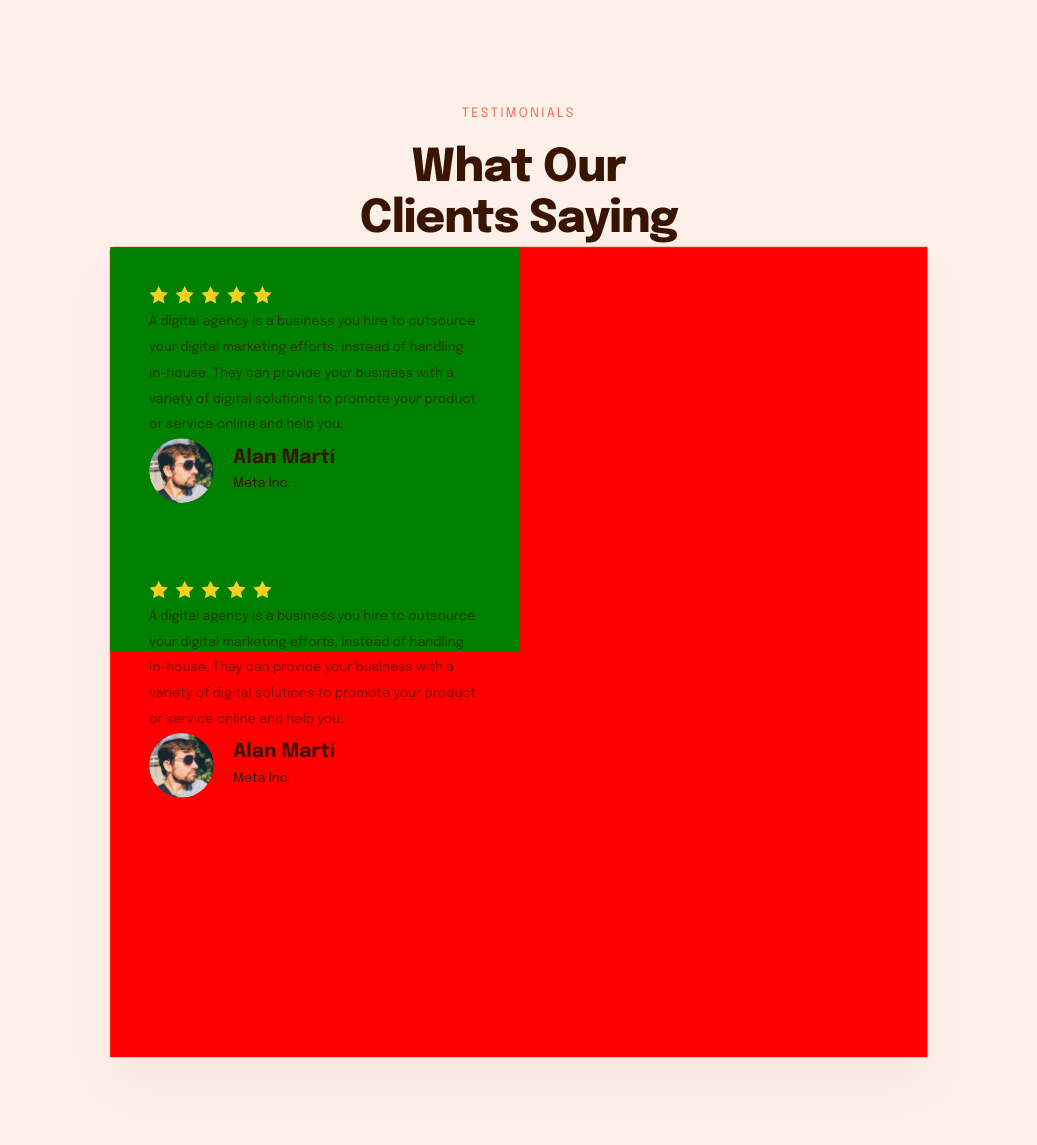
Repository: simralgasimov/task
Page: index.html
These files come from the project's save history. The page is drawn as it stood at one moment and after the next save; the edit follows.
The browser window is 1280 px wide. The pictures show the whole page, at 81% of full size.

Above is the page before, as saved 2023-09-06 13:42:10.

### index.html
<!DOCTYPE html>
<html lang="en">

<head>
  <meta charset="UTF-8" />
  <meta name="viewport" content="width=device-width, initial-scale=1.0" />
  <title>Document</title>
  <link rel="stylesheet" href="index.css" />
</head>

<body>
  <div class="container">
    <h1>Testimonials</h1>
    <h2> What Our <br /> Clients Saying </h2>
    <div class="comment">
      <div class="left-box">
        <div class="box">
          <img src="./img/star.svg" alt="" />
          <p> A digital agency is a business you hire to outsource your digital marketing efforts, instead of handling
            in-house. They can provide your business with a variety of digital solutions to promote your product or
            service online and help you. </p>
          <div class="user">
            <img src="./img/Oval.svg" alt="">
            <div class="user-info">
              <h3>Alan Martí</h3>
              <p>Meta Inc.</p>
            </div>
          </div>
        </div>
        <div class="box">
          <div class="box-2">
            <img src="./img/star.svg" alt="" />
            <p> A digital agency is a business you hire to outsource your digital marketing efforts, instead of handling
              in-house. They can provide your business with a variety of digital solutions to promote your product or
              service online and help you. </p>
            <div class="user">
              <img src="./img/Oval.svg" alt="">
              <div class="user-info">
                <h3>Alan Martí</h3>
                <p>Meta Inc.</p>
              </div>
            </div>
          </div>
        </div>
      </div>
      <div class="right-box"></div>
    </div>
</body>

</html>

### index.css
@import url("https://fonts.googleapis.com/css2?family=Epilogue:wght@400;700;800;900&display=swap");

* {
  margin: 0;
  padding: 0;
  box-sizing: border-box;
}

.container {
  background: #fdf0e9;
  padding: 124px 134px 108px 135px;
}

.container h1 {
  color: var(--Text_Dark_Accent, #ef6d58);
  text-align: center;
  font-feature-settings: "clig" off, "liga" off;
  font-family: Epilogue;
  font-size: 16px;
  font-style: normal;
  font-weight: 400;
  line-height: 32px;
  letter-spacing: 3px;
  text-transform: uppercase;
}

.container h2 {
  margin-top: 20px;
  color: var(--Text_Dark, #391400);
  text-align: center;
  font-feature-settings: "clig" off, "liga" off;
  font-family: Epilogue;
  font-size: 56px;
  font-style: normal;
  font-weight: 800;
  line-height: 64px;
  letter-spacing: -1px;
}

.container .comment {
  background-color: red;

  border-radius: 6px 0px 0px 0px;
  border: 1px solid #f3d1bf;
  box-shadow: 0px 32px 64px 0px rgba(57, 20, 0, 0.04);
}
.container .comment .left-box,
.container .comment .right-box {
  width: 50%;
  height: 500px;
}
.left-box {
  background-color: green;
}
.container .comment .box {
  padding: 48px;
}



.container .comment .box p {
  color: var(--Text_Dark_Gray, rgba(57, 20, 0, 0.64));
  font-feature-settings: "clig" off, "liga" off;
  font-family: Epilogue;
  font-size: 16px;
  font-style: normal;
  font-weight: 400;
  line-height: 32px;
}
.container .comment .box .user {
    display: flex;
    align-items: center;
  }

  .container .comment .box .user img {
    width: 80px;
    height: 80px;
    margin-right: 24px;
    border-radius: 50%;
}
  .container .comment .box .user  .user-info h3{
    color: var(--Text_Dark, #391400);
    font-feature-settings: 'clig' off, 'liga' off;
    font-family: Epilogue;
    font-size: 24px;
    font-style: normal;
    font-weight: 700;
    line-height: 32px;
  }
  .container .comment .box .user  .user-info p{
    color: var(--Text_Dark, #391400);
    font-feature-settings: 'clig' off, 'liga' off;
    font-family: Epilogue;
    font-size: 16px;
    font-style: normal;
    font-weight: 400;
    line-height: 32px;
}

After the next save:
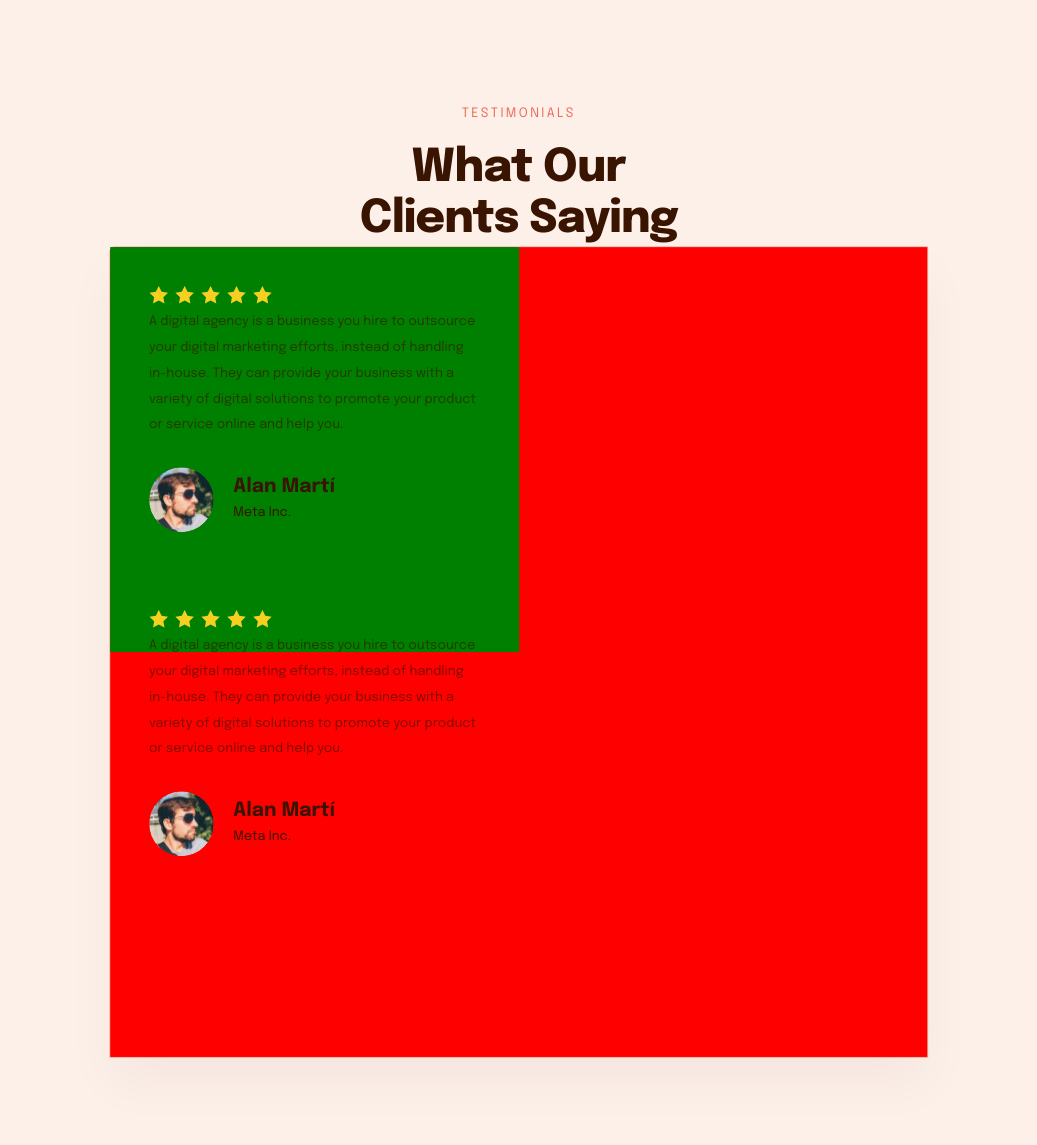
Saved 16 s later.
--- a/index.css
+++ b/index.css
@@ -68,6 +68,7 @@
   line-height: 32px;
 }
 .container .comment .box .user {
+    margin-top: 36px;
     display: flex;
     align-items: center;
   }
